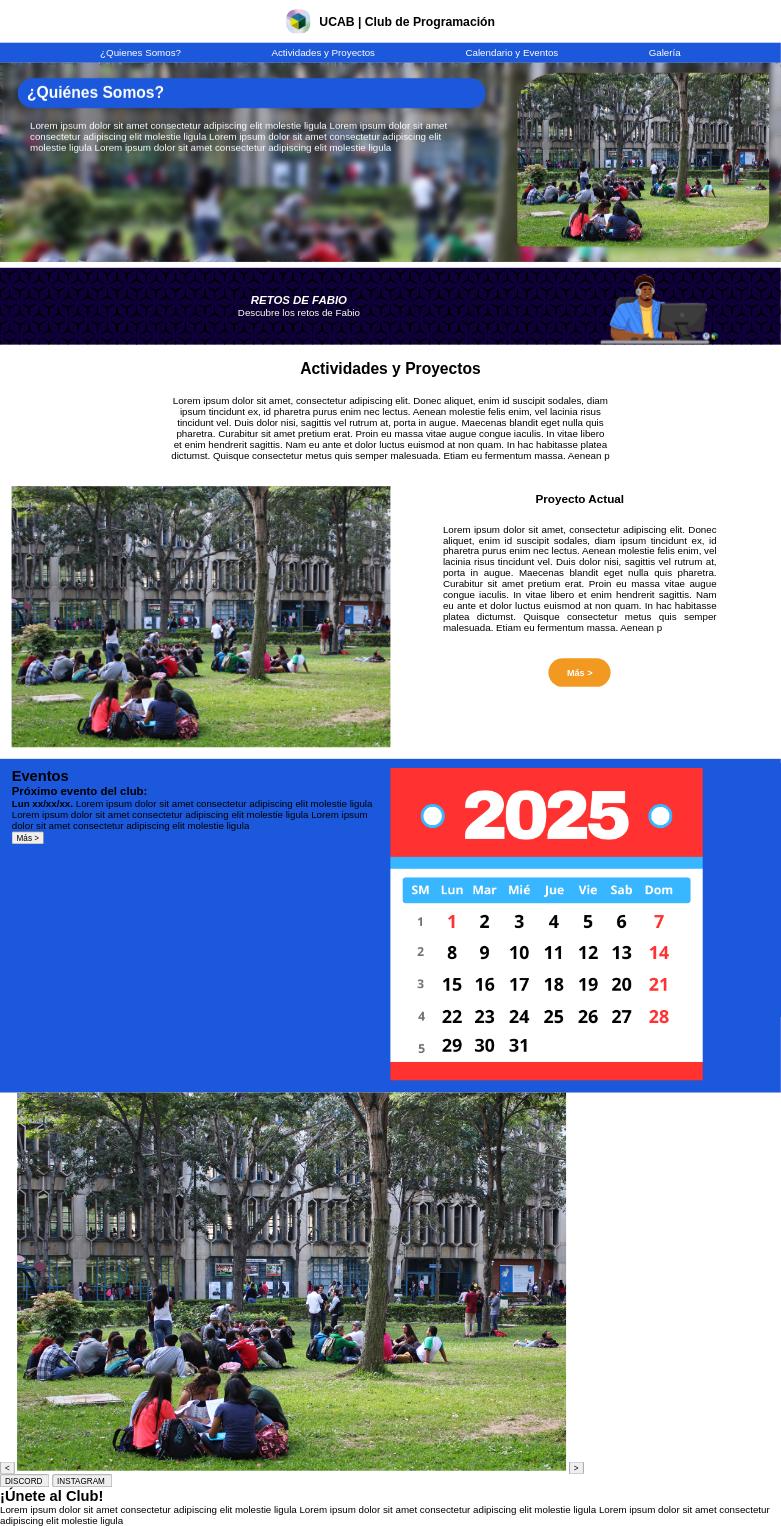
Repository: LuisR404/LandingPage
Page: Pages/QuienesSomos.html
These files come from the project's save history. The page is drawn as it stood at one moment and after the next save; the edit follows.
The browser window is 1280 px wide. The pictures show the whole page, at 61% of full size.

Above is the page before, as saved 2025-11-10 14:14:09.

### Pages/QuienesSomos.html
<!DOCTYPE html>
<html lang="es">
<head>
    <meta charset="UTF-8">
    <meta name="viewport" content="width=device-width, initial-scale=1.0">
    <link rel="stylesheet" href="../Styles/CommonStyles.css">   <!-- ESTILOS GENERALES -->
    <link rel="stylesheet" href="../Styles/QuienesSomos.css">   <!-- ESTILOS DE LA PÁGINA -->
    <title>Quienes Somos</title>
</head>

<body>
    <!-- TITULO -->
    <section class="header">
        <img src="../resources/club_icon.jpg" alt="" id="header-logo">
        <h1>UCAB | Club de Programación</h1>
    </section>

    <!-- NAV BAR -->
    <nav class="header-nav">
        <ul>
            <li><a href="./QuienesSomos.html">¿Quienes Somos?</a></li>
            <li><a href="./ActividadesYProyectos.html">Actividades y Proyectos</a></li>
            <li><a href="./CalendarioYEventos.html">Calendario y Eventos</a></li>
            <li><a href="./Galeria.html">Galería</a></li>
        </ul>
    </nav>

    <!-- QUIENES SOMOS -->
    <section class="quienes-somos">
        <div class="container">
            <div id="quienes-somos-text">
                <h2>¿Quiénes Somos?</h2>
                <p>
                    Lorem ipsum dolor sit amet consectetur adipiscing elit molestie ligula
                    Lorem ipsum dolor sit amet consectetur adipiscing elit molestie ligula
                    Lorem ipsum dolor sit amet consectetur adipiscing elit molestie ligula
                    Lorem ipsum dolor sit amet consectetur adipiscing elit molestie ligula
                </p>
            </div>

            <div id="quienes-somos-img">
                <img src="../resources/test_img.jpg" alt="">
            </div>
        </div>
    </section>

    <!-- RETOS DE FABIO -->
    <section class="retos-fabio">
        <div>
            <h3><i>RETOS DE FABIO</i></h3>
            <p>Descubre los retos de Fabio</p>
        </div>

        <img src="../resources/fabio.png" alt="">
    </section>

    <!-- ACTIVIDADES Y PROYECTOS -->
    <section class="actividades-proyectos">
        <h2>Actividades y Proyectos</h2>

        <p>
            Lorem ipsum dolor sit amet, consectetur adipiscing elit. Donec aliquet,
            enim id suscipit sodales, diam ipsum tincidunt ex, id pharetra purus enim nec lectus.
            Aenean molestie felis enim, vel lacinia risus tincidunt vel. Duis dolor nisi, sagittis
            vel rutrum at, porta in augue. Maecenas blandit eget nulla quis pharetra. Curabitur sit amet pretium erat.
            Proin eu massa vitae augue congue iaculis. In vitae libero et enim hendrerit sagittis.
            Nam eu ante et dolor luctus euismod at non quam. In hac habitasse platea dictumst.
            Quisque consectetur metus quis semper malesuada. Etiam eu fermentum massa. Aenean p
        </p>

        <div class="proyecto">
            <img src="../resources/test_img.jpg" alt="">

            <div>

                <h3>Proyecto Actual</h3>

                <p>
                    Lorem ipsum dolor sit amet, consectetur adipiscing elit. Donec aliquet,
                    enim id suscipit sodales, diam ipsum tincidunt ex, id pharetra purus enim nec lectus.
                    Aenean molestie felis enim, vel lacinia risus tincidunt vel. Duis dolor nisi, sagittis
                    vel rutrum at, porta in augue. Maecenas blandit eget nulla quis pharetra. Curabitur sit amet pretium erat.
                    Proin eu massa vitae augue congue iaculis. In vitae libero et enim hendrerit sagittis.
                    Nam eu ante et dolor luctus euismod at non quam. In hac habitasse platea dictumst.
                    Quisque consectetur metus quis semper malesuada. Etiam eu fermentum massa. Aenean p
                </p>

                <button>Más ></button>
            </div>
        </div>
    </section>

    <!-- EVENTOS -->
    <section class="eventos">
        <div>

            <h2>Eventos</h2>

            <h3>Próximo evento del club:</h3>

            <p>
                <b>Lun xx/xx/xx.</b>
                Lorem ipsum dolor sit amet consectetur adipiscing elit molestie ligula
                Lorem ipsum dolor sit amet consectetur adipiscing elit molestie ligula
                Lorem ipsum dolor sit amet consectetur adipiscing elit molestie ligula
            </p>

            <button>Más ></button>

        </div>

        <img src="../resources/calendario_test_img.png" alt="">
    </section>

    <!-- CARRUSEL -->
    <section>
        <button><</button>

        <img src="../resources/test_img.jpg" alt="">

        <button>></button>
    </section>

    <!-- UNETE -->
    <section>
        <div>
            <button>DISCORD <img src="" alt=""></button>
            <button>INSTAGRAM <img src="" alt=""></button>
        </div>

        <div>
            <h2>¡Únete al Club!</h2>

            <p>
                Lorem ipsum dolor sit amet consectetur adipiscing elit molestie ligula
                Lorem ipsum dolor sit amet consectetur adipiscing elit molestie ligula
                Lorem ipsum dolor sit amet consectetur adipiscing elit molestie ligula
            </p>
        </div>
    </section>

</body>
</html>

### Styles/CommonStyles.css
/* ============ ESTILOS DE PAGINA ============ */
* {
    font-family: Arial, Helvetica, sans-serif;
    margin: 0;
}

img {
    max-width: 100% ;
}

/* ============ HEADER ============ */
.header {
    display: flex;
    justify-content: center;
    align-items: center;

    padding-top: 15px;
    padding-bottom: 15px;
}

.header h1 {  /* ------> titulo */
    font-size: clamp(17px, 4vw, 20px);
    white-space: nowrap;

    margin-left: 15px;
}

#header-logo {  /* ------> logo */
    width: clamp(32px, 7vw, 40px);
    height: clamp(32px, 7vw, 40px);

    border-radius: 40%;
}

/* ========== NAV BAR ========== */
.header-nav {
    display: flex;
    justify-content: center;

    padding-top: 7.5px;
    padding-bottom: 7.5px;


    background-color: #1C58DB;
}

.header-nav ul {  /* ------> lista */
    display: flex;
    flex-direction: row;
    justify-content: space-around;

    width: 1100px;

    padding: 0;

    list-style: none;
}

.header-nav ul li a {  /* ------> links */
    text-decoration: none;
    color: white;
}

### Styles/QuienesSomos.css
/* =========== QUIENES SOMOS =========== */

.quienes-somos {
    display: flex;
    justify-content: center;

    width: 100%;

    background-image: url(../resources//test_img.jpg);
    background-position: center;
    background-size: 100%;
    background-color: grey
}

.quienes-somos .container {
    display: grid;
    grid-template-rows: 1fr;
    grid-template-columns: 2fr 1fr;

    width: 100%;

    padding-top: clamp(5px, 1.2vw, 25px);
    padding-bottom: clamp(10px, 1.5vw, 30px);
    padding-left: clamp(2px, 1.5vw, 30px);
    padding-right: clamp(2px, 1.5vw, 30px);

    backdrop-filter: blur(5px);
}

/* -----------> texto <----------- */

#quienes-somos-text {  /* ----------> contenedor */
    display: flex;
    flex-direction: column;

    padding: 10px 4vw 10px 10px;
}


#quienes-somos-text h2 { /* ----------> subtitulo */
    font-size: clamp(20px, 2vw, 30px);
    font-weight: 800;
    white-space: nowrap;
    color: white;

    padding: 10px 15px 10px 15px;
    margin-bottom: 20px;

    border-radius: 30px;

    background-color: #1C58DB;
}

#quienes-somos-text p { /* ----------> parrafo */
    font-size: auto;
    color: white;

    justify-content: center;

    padding: 0px 20px;
}

/* -----------> imagen <----------- */

#quienes-somos-img { /* ----------> contenedor */
    width: 100%;
    height: auto;

    align-content: center;

    overflow: hidden;
}

#quienes-somos-img img{  /* ----------> imagen */
    width: 100%;
    height: auto;

    border: 1px solid   rgba(0, 0, 0, 0.2);
    border-radius: 18% 10px 18% 10px;

    background-color: rgba(255, 162, 0, 0.258);

    aspect-ratio: auto;
    object-fit: cover;
}

/* -----------> media queries <----------- */

@media (max-width: 600px) {

    .quienes-somos .container {
        grid-template-columns: 1fr; /* ------> ajusta la disposicion del grid */
    }

    #quienes-somos-img {
        display: none; /* --------> invisibiliza la imagen */
    }
}


/* =========== RETOS DE FABIO =========== */

.retos-fabio {
    display: grid;
    grid-template-columns: 1fr 300px;

    text-wrap: nowrap;

    margin-top: 10px;

    background-color: rgb(20, 0, 67);
    background-image: url('../resources/textura.jpg');
    background-size:15vw;
    background-blend-mode:color-burn;
}

/* -----------> texto <----------- */
.retos-fabio div {
    text-align: center;
    align-self: center;
    color: white;
    width: 100%;
}

/* -----------> imagen <----------- */
.retos-fabio img {
    justify-self: end;

    max-width: 200px;
    height: auto;

    margin-right: 100px;
    margin-top: 10px;
}

/* -----------> efecto hover <----------- */
.retos-fabio:hover {
    cursor: pointer;
}

/* -----------> media queries <----------- */

@media (max-width: 600px) {
    .retos-fabio {  /* ----------> ajusta la disposicion del grid */
        grid-template-columns: 1fr;
    }

    .retos-fabio img {  /* ----------> desaparece la imagen */
        display: none;
    }

    .retos-fabio div {  /* ----------> ajusta el texto y el margen */
        font-size: 12px;

        padding: 10px;
    }
}


/* =========== ACTIVIDADES Y PROYECTOS =========== */

.actividades-proyectos {
    display: flex;
    flex-direction: column;

    padding-top: clamp(5px, 1.2vw, 25px);
    padding-bottom: clamp(10px, 1.5vw, 30px);
    padding-left: clamp(2px, 1.5vw, 30px);
    padding-right: clamp(2px, 1.5vw, 30px);

}

.actividades-proyectos h2 {  /* ----------> subtitulo */
    font-size: clamp(20px, 2vw, 30px);
    font-weight: 800;
    text-align: center;
    white-space: nowrap;

    padding: 10px 15px 10px 15px;
    margin-bottom: 20px;
}

.actividades-proyectos p {  /* ----------> parrafo */
    text-align: center;
    text-wrap: balance;

    align-self: center;

    max-width: 60%;

    margin-bottom: 40px;
}

/* -----------> proyecto <----------- */

.proyecto {
    display: grid;
    grid-template-rows: 1fr;
    grid-template-columns: 1fr 1fr;
}

/* ----------->> imagen <<----------- */

.proyecto img {
    justify-self: right;
}

/* ----------->> texto <<----------- */

.proyecto div {  /* ----------> contenedor */
    display: flex;
    flex-direction: column;
    justify-self: left;

    padding-left: 30px;
    padding-right: 30px;
}

.proyecto div h3 {  /* ----------> subtitulo */
    font-size: clamp(15px, 1.5vw, 25px);
    font-weight: 800;
    text-align: center;
    white-space: nowrap;

    padding: 10px 15px 10px 15px;
    margin-bottom: 20px;
}

.proyecto div p {  /* ----------> parrafo */
    text-align: justify;
    hyphenate-limit-chars: 2;
    text-wrap: balance;

    align-self: center;

    max-width: 80%;

    margin-bottom: 40px;
}

.proyecto div button {  /* ----------> boton mas */
    font-size: 15px;
    font-weight: 800;
    color: white;

    align-self: center;

    width: fit-content;

    padding: 15px 30px;

    border: none;
    border-radius: 25px;
    background-color: #F29922;
}

/* =========== EVENTOS =========== */

.eventos {
    display: grid;
    grid-template-rows: 1fr;
    grid-template-columns: 1fr 1fr;

    max-width: 100%;

    padding-top: clamp(5px, 1.2vw, 25px);
    padding-bottom: clamp(10px, 1.5vw, 30px);
    padding-left: clamp(2px, 1.5vw, 30px);
    padding-right: clamp(2px, 1.5vw, 30px);

    background-color: #1C58DB;
}

After the next save:
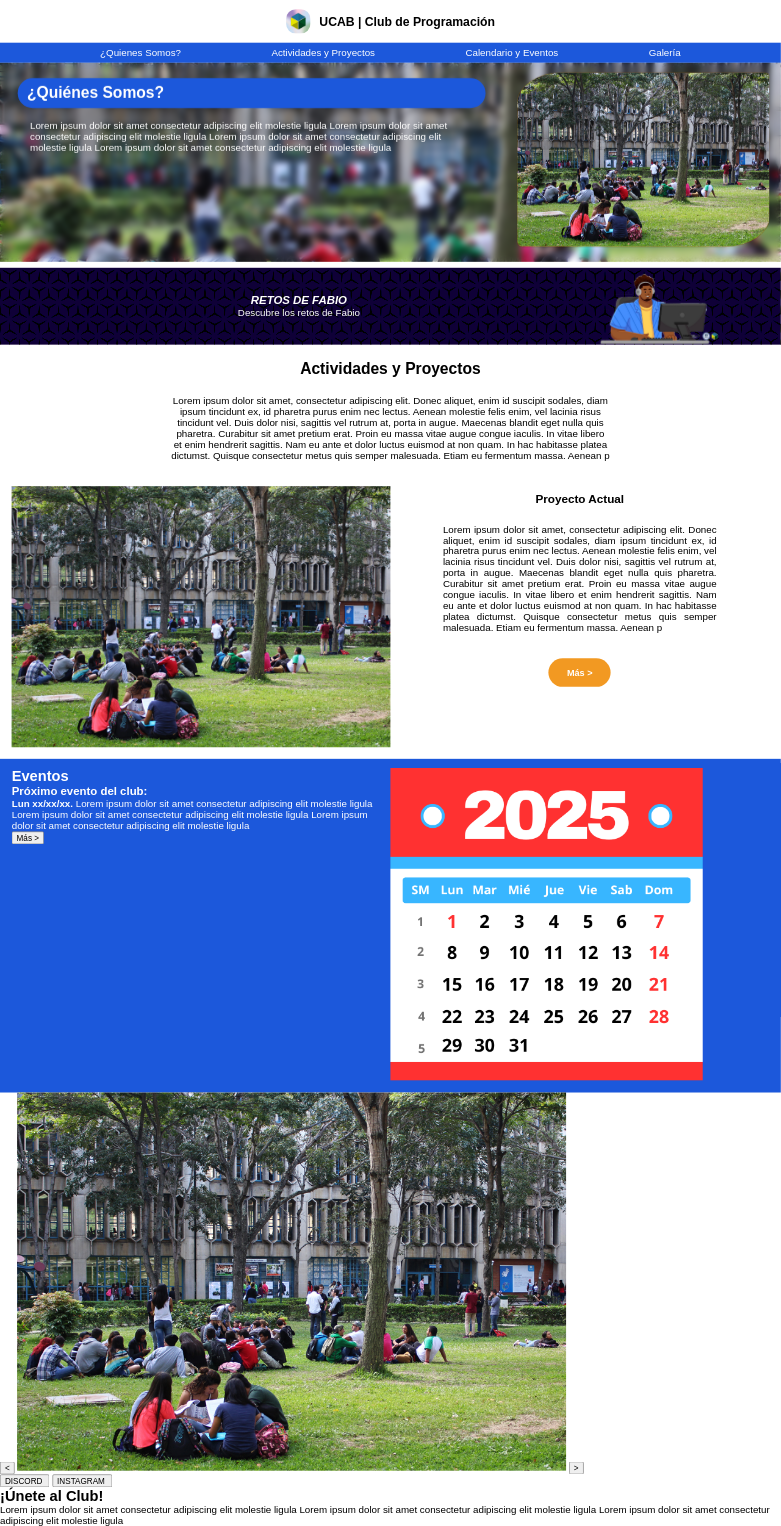
Saved 2 min 7 s later.
--- a/Styles/QuienesSomos.css
+++ b/Styles/QuienesSomos.css
@@ -270,3 +270,9 @@
 
     background-color: #1C58DB;
 }
+
+/* ----------->> texto <<----------- */
+
+.eventos div {
+    color: white;
+}
